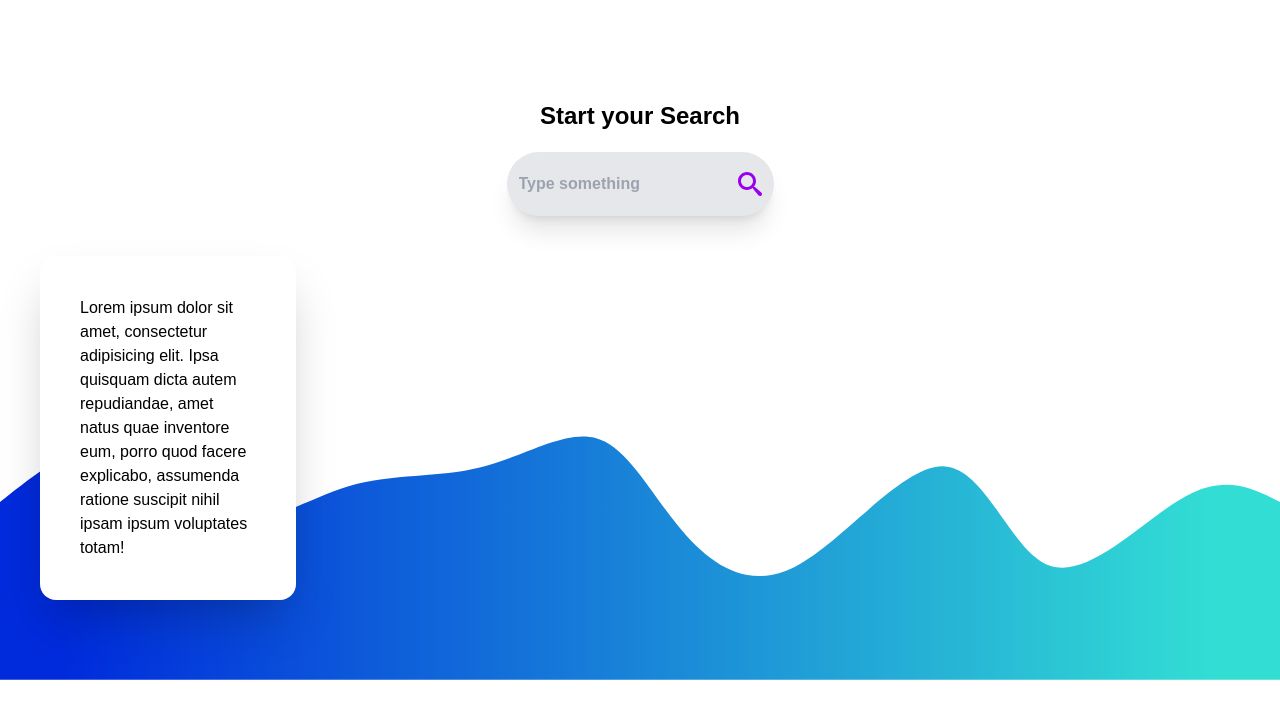
Repository: evergreenx/dictionary-octo
Page: /
These files come from the project's save history. The page is drawn as it stood at one moment and after the next save; the edit follows.
The browser window is 1280 px wide. The pictures show the whole page.
The project was rebuilt for these pictures with package versions that can differ from the ones it lists, and the page was loaded fresh each time. The framework's server and built-in components were replaced by stand-ins that run in the browser. Also part of the build but not shown: next.config.js.

Above is the page before, as saved 2022-04-30 15:15:03.

### pages/index.js
import Head from "next/head";
import Image from "next/image";
import bgimage from "../public/bg.svg";

import { ImSearch } from "react-icons/im";
import RandomWord from "../components/RandomWord";

export default function Home() {
  return (
    <div>
      <Head>
        <title>Create Next App</title>
        <meta name="description" content="Generated by create next app" />
        <link rel="icon" href="/favicon.ico" />
      </Head>

      <main className=" py-20">
        <section className="input--container pb-10 flex flex-col justify-center items-center ">
          <h1 className="text-2xl font-bold text-center py-5">
            Start your Search
          </h1>

          <div className="flex items-center bg-gray-200 shadow-xl rounded-full py-3 px-3">
            <input
              className="input--text bg-gray-200 font-bold outline-none py-2"
              type="text"
              placeholder="Type something"
            />

            <ImSearch className="text-[#9900efff] text-2xl" />
          </div>
        </section>

        <section>
          <RandomWord />
        </section>
      </main>
    </div>
  );
}

### styles/globals.css
@tailwind base;
@tailwind components;
@tailwind utilities;

@import url("https://fonts.googleapis.com/css2?family=Quicksand&display=swap");

* {
  box-sizing: border-box;
  margin: 0;
  padding: 0;
}

body {
  background-image: url("../public/bg.svg");
  background-repeat: no-repeat;
  background-size: contain;
  background-position: bottom;

  height: 100%;
  font-family: "Quicksand", sans-serif;
}

a {
  color: inherit;
  text-decoration: none;
}

### components/RandomWord.js
import React from "react";

const RandomWord = () => {
  return (
    <div className="bg-white rounded-2xl shadow-2xl p-10 w-64 container mx-10 ">
      Lorem ipsum dolor sit amet, consectetur adipisicing elit. Ipsa quisquam
      dicta autem repudiandae, amet natus quae inventore eum, porro quod facere
      explicabo, assumenda ratione suscipit nihil ipsam ipsum voluptates totam!
    </div>
  );
};

export default RandomWord;

Loaded but not shown: pages/_app.js (common file); tailwind.config.js (common file)

After the next save:
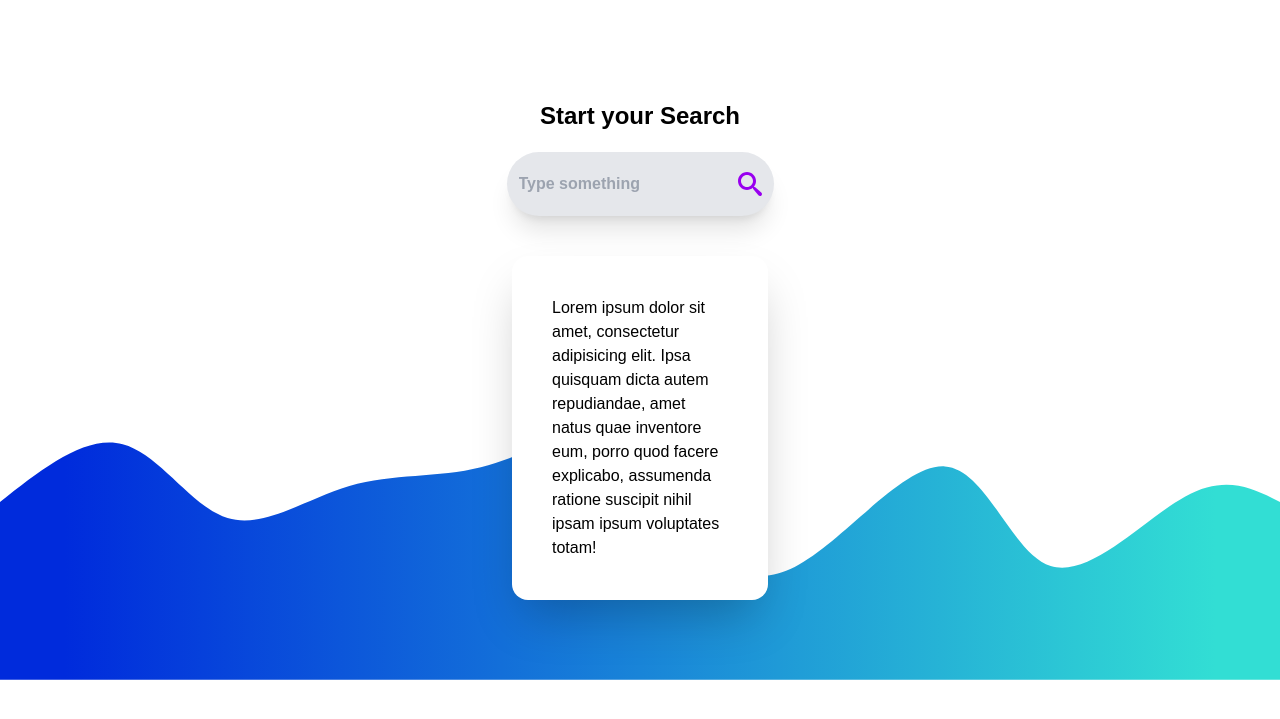
Saved 4 s later.
--- a/components/RandomWord.js
+++ b/components/RandomWord.js
@@ -2,7 +2,7 @@ import React from "react";
 
 const RandomWord = () => {
   return (
-    <div className="bg-white rounded-2xl shadow-2xl p-10 w-64 container mx-10 ">
+    <div className="bg-white rounded-2xl shadow-2xl p-10 w-64 container mx-10 mx-auto">
       Lorem ipsum dolor sit amet, consectetur adipisicing elit. Ipsa quisquam
       dicta autem repudiandae, amet natus quae inventore eum, porro quod facere
       explicabo, assumenda ratione suscipit nihil ipsam ipsum voluptates totam!
